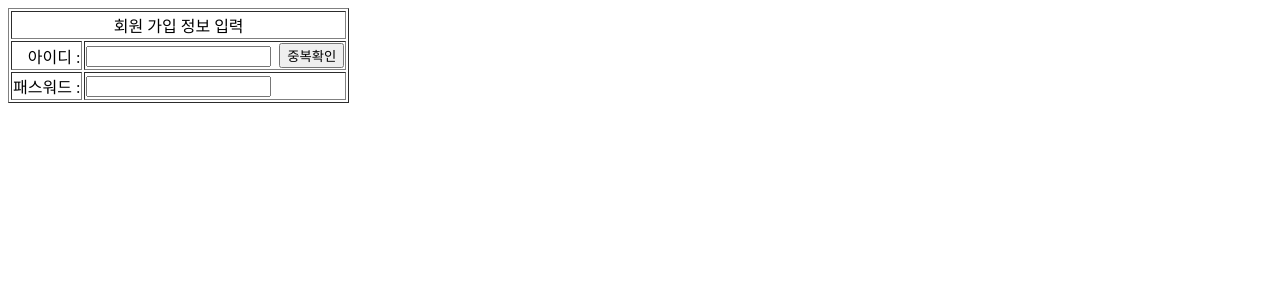
Repository: tomaters/servlets-JSP
Page: http://localhost/jsptest/mvcMem/regForm.jsp
An editor plug-in stored every save of this project. The page is shown before and after the next save, followed by the edit.
The browser window is 1280 px wide. The pictures show the whole page.
The page is served by Tomcat 10. Other server files are loaded and not shown.

Above is the page before, as saved 2023-12-11 02:43:50.

### jsptest/src/main/webapp/mvcMem/regForm.jsp
<%@ page language="java" contentType="text/html; charset=UTF-8"
	pageEncoding="UTF-8"%>
<html>
<head>
<meta http-equiv="Content-Type" content="text/html; charset=utf-8">
<title>Registration form</title>
<link href="css/style.css" type="test/css" rel="stylesheet" />
<script type="text/javascript" src="script.js"></script>
</head>
<body>
	<form method="post" action="member.mdo?cmd=regProc" name="regForm">
		<table border="1">
			<tr>
				<td colspan="2" align="center">회원 가입 정보 입력</td>
			</tr>
			<tr>
				<td align="right">아이디 :</td>
				<td><input type="text" name="id" size="20" />&nbsp; <input
					type="button" value="중복확인" onClick="idCheck(this.form.id.value)" /></td>
			</tr>
			<tr>
				<td align="right">패스워드 :</td>
				<td><input type="password" name="pass" /></td>
</body>
</html>

### jsptest/src/main/webapp/mvcMem/script.js
function idCheck(id) {
	if (id == "") {
		alert("Enter ID.");
		document.regForm.id.focus();
	} else {
		url = "member.mdo?cmd=idCheck&id=" + id;
		window.open(url, "post", "width=300,height=150");
	}
}


function zipCheck() {
	url = "member.mdo?cmd=zipCheck&check=y";
	window.open(url, "post", "toolbar=no, width=500, height=300, directories = no, status = yes, scrollbars = yes, menubar = no");
}

function inputCheck() {
	var theForm = document.regForm;
	if (!theForm.id.value) {
		alert("Enter ID");
		theForm.id.focus();
		return;
	}
	if (!theForm.pass.value) {
		alert("Enter password");
		theForm.pass.focus();
		return;
	}
	if (!theForm.repass.value) {
		alert("Check password");
		theForm.repass.focus();
		return;
	}
	if (theForm.repass.value != theForm.pass.value) {
		alert("Passwords do not match");
		theForm.repass.focus();
		return;
	}
	if (!theForm.name.value) {
		alert("Enter name");
		theForm.name.focus();
		return;
	}
	if (!theForm.phone1.value) {
		alert("Enter first digits of phone");
		theForm.phone1.focus();
		return;
	}
	if (!theForm.phone2.value) {
		alert("Enter middle digits of phone");
		theForm.phone2.focus();
		return;
	}
	if (!theForm.phone3.value) {
		alert("Enter last digits of phone");
		theForm.phone3.focus();
		return;
	}
	if (!theForm.email.value) {
		alert("Enter email address");
		theForm.email.focus();
		return;
	}
	var regExp = /^[0-9a-zA-Z]([-_.]?[0-9a-zA-Z])*@[0-9a-zA-Z]([-_.]?[0-9a-zA-Z])*.[a-zA-Z]{2,3}$/i;
	if (!regExp.test(theForm.email.value)) {
		alert("Check email address");
		theForm.email.focus();
		return;
	}
	if (!theForm.zipcode.value) {
		alert("Enter zipcode");
		theForm.zipcode.focus();
		return;
	}
	if (!theForm.address1.value) {
		alert("Enter address 1");
		theForm.address1.focus();
		return;
	}
	if (!theForm.address2.value) {
		alert("Enter address 2");
		theForm.address2.focus();
		return;
	}
	theForm.submit();
}

After the next save:
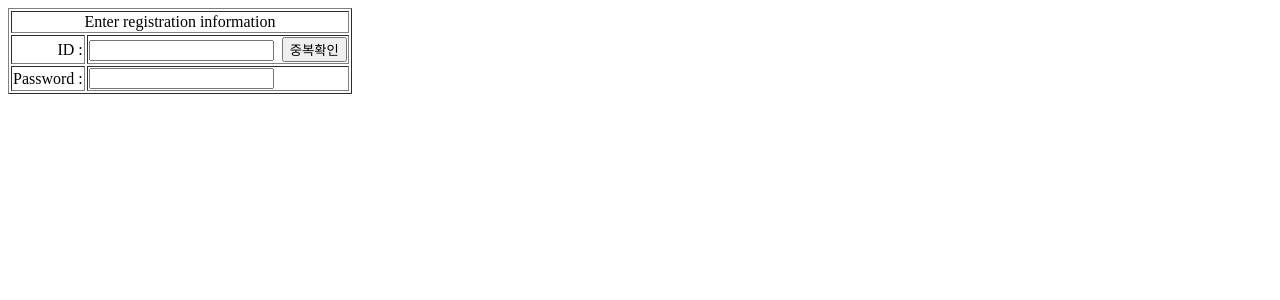
Saved 14 s later.
--- a/jsptest/src/main/webapp/mvcMem/regForm.jsp
+++ b/jsptest/src/main/webapp/mvcMem/regForm.jsp
@@ -11,15 +11,15 @@
 	<form method="post" action="member.mdo?cmd=regProc" name="regForm">
 		<table border="1">
 			<tr>
-				<td colspan="2" align="center">회원 가입 정보 입력</td>
+				<td colspan="2" align="center">Enter registration information</td>
 			</tr>
 			<tr>
-				<td align="right">아이디 :</td>
+				<td align="right">ID :</td>
 				<td><input type="text" name="id" size="20" />&nbsp; <input
 					type="button" value="중복확인" onClick="idCheck(this.form.id.value)" /></td>
 			</tr>
 			<tr>
-				<td align="right">패스워드 :</td>
+				<td align="right">Password :</td>
 				<td><input type="password" name="pass" /></td>
 </body>
 </html>
